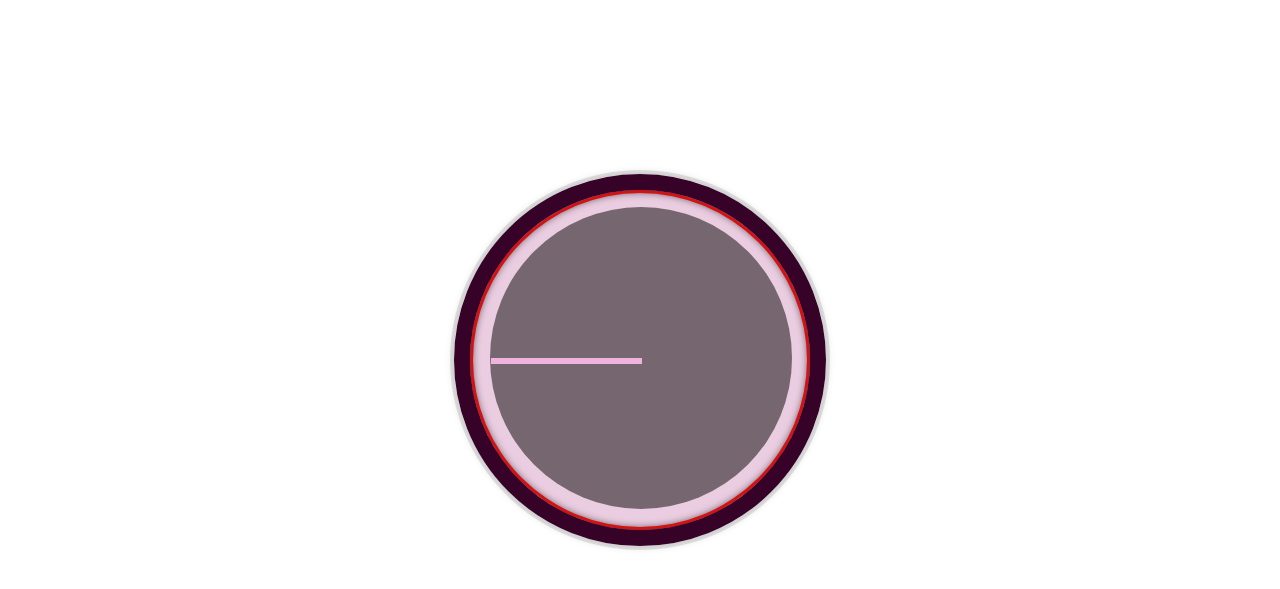
Repository: Freezler/javascript-css-clock
Page: index.html
An editor plug-in stored every save of this project. The page is shown before and after the next save, followed by the edit.
The browser window is 1280 px wide. The pictures show the whole page.

Above is the page before, as saved 2024-08-24 15:53:10.

After the next save:
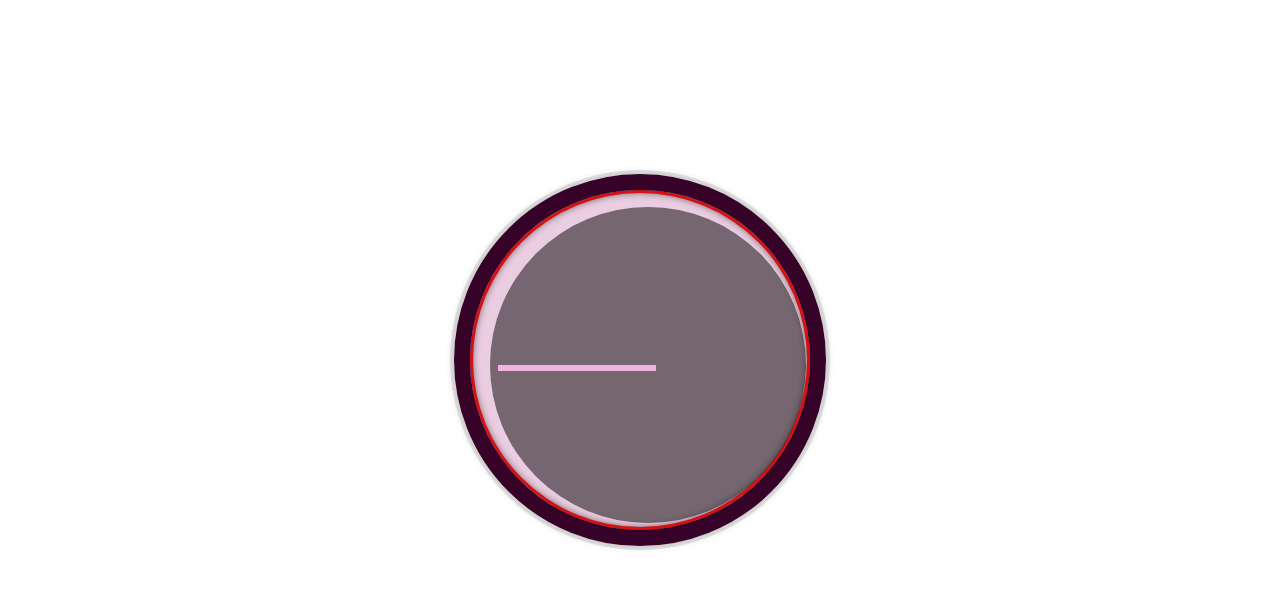
Saved 13 s later.
--- a/style.css
+++ b/style.css
@@ -41,7 +41,7 @@ body {
     transform: translateY(-3px);
     /* account for the height of the clock hands */
     background: rgba(0, 0, 0, 0.5);
-    padding: 1px;
+    padding: 8px;
     border-radius: 50%;
     z-index: 10;
 
